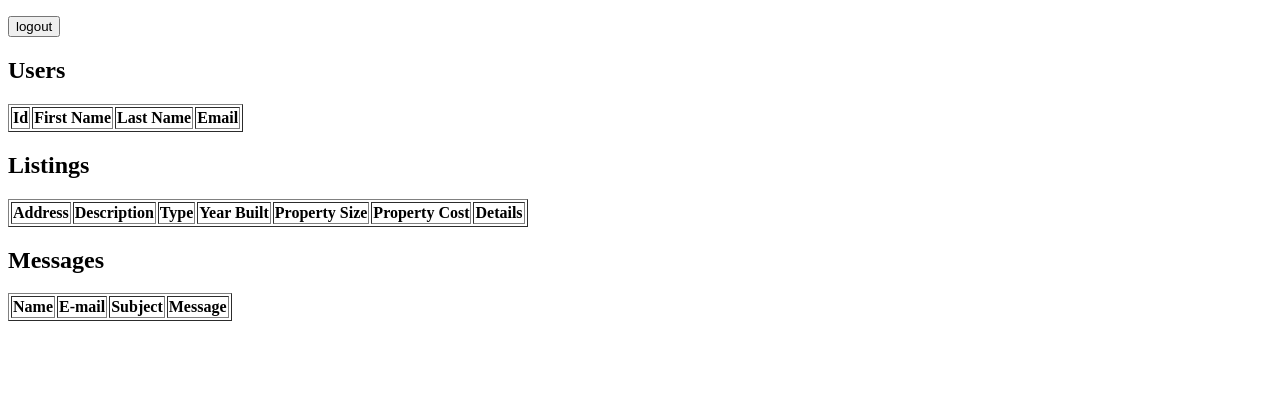
Repository: rickytorrez/test
Page: http://localhost/dcHome/WEB-INF/dashboard.jsp
An editor plug-in stored every save of this project. The page is shown before and after the next save, followed by the edit.
The browser window is 1280 px wide. The pictures show the whole page.
The page is served by Tomcat 9. Nobody is signed in. The template is opened directly, without the code that normally fills it, so the values that code supplies are empty.

Above is the page before, as saved 2018-06-03 00:59:11.

After the next save:
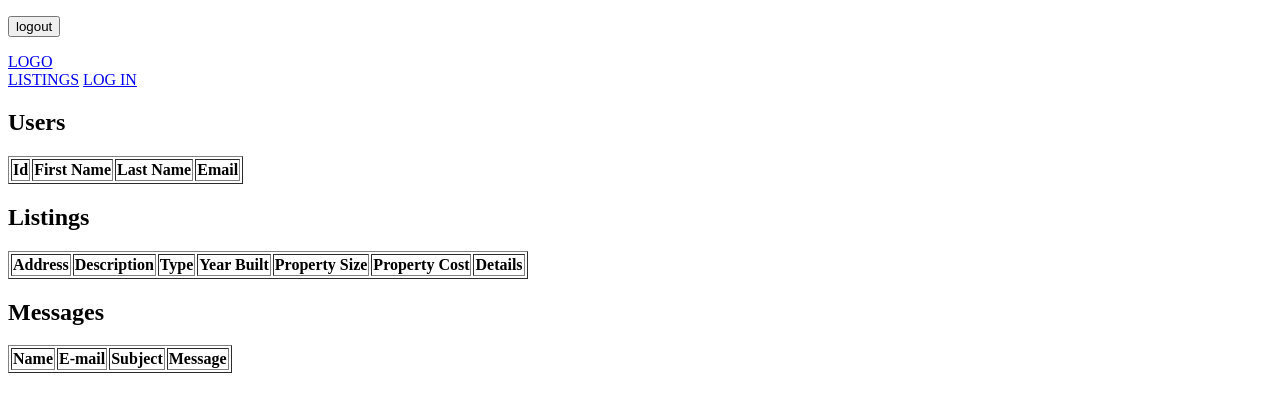
Saved 16 min 19 s later.
--- a/dcHome/src/main/webapp/WEB-INF/dashboard.jsp
+++ b/dcHome/src/main/webapp/WEB-INF/dashboard.jsp
@@ -17,6 +17,35 @@
  				<input type="submit" value="logout" />
  			</p>
  		</form>
+
+ 			 	<!-- Navbar (sit on top) -->
+	 	<div class="w3-top">
+            	<div class="w3-bar w3-white w3-card" id="myNavbar">
+                	<a href="#home" class="w3-bar-item w3-button w3-wide">LOGO</a>
+
+                	<!-- Right-sided navbar links -->
+                	<div class="w3-right w3-hide-small">
+                    	<a href="/listings" onclick="w3_close()" class="w3-bar-item w3-button" ></i>LISTINGS</a>
+                    	<a href="#" class="w3-bar-item w3-button" data-toggle="modal" data-target="#logInUser" ></i> LOG IN</a>
+                	</div>
+
+                	<!-- Hide right-floated links on small screens and replace them with a menu icon -->
+                	<a href="javascript:void(0)" class="w3-bar-item w3-button w3-right w3-hide-large w3-hide-medium" onclick="w3_open()">
+                    	<i class="fa fa-bars"></i>
+                	</a>
+            	</div>
+        	</div>
+
+        	<!-- Sidebar on small screens when clicking the menu icon -->
+        	<nav class="w3-sidebar w3-bar-block w3-black w3-card w3-animate-left w3-hide-medium w3-hide-large" style="display:none" id="mySidebar">
+            	<a href="javascript:void(0)" onclick="w3_close()" class="w3-bar-item w3-button w3-large w3-padding-16">Close ×</a>
+            	<a href="#listings" onclick="w3_close()" class="w3-bar-item w3-button">LISTINGS</a>
+            	<a href="#contact" onclick="w3_close()" class="w3-bar-item w3-button">CONTACT</a>
+        	</nav>
+
+
+
+
  		<h2>Users</h2>
  		<table border="1px">
  			<tr>
